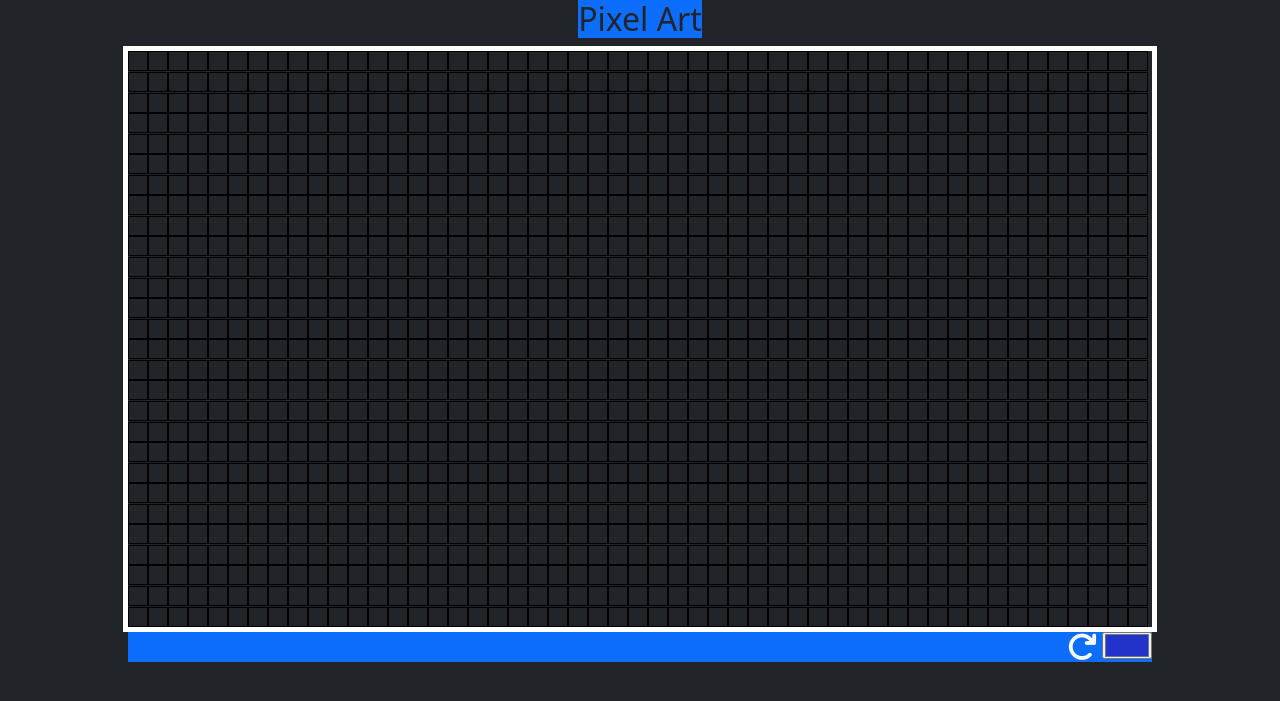
Repository: bechara611/pixelartdb
Page: /
The author's editor kept a copy of each file at every save. The page is drawn from the files as they stood at one save, then again after the next save.
The browser window is 1280 px wide. The pictures show the whole page.
Some web libraries are served in a nearby version. The project was rebuilt for these pictures with package versions that can differ from the ones it lists, and the page was loaded fresh each time. Also part of the build but not shown: vite.config.js.

Above is the page before, as saved 2023-03-07 13:54:10.

### index.html
<!DOCTYPE html>
<html lang="en">
  <head>
    <meta charset="UTF-8" />
    <link rel="icon" type="image/svg+xml" href="/vite.svg" />
    <meta name="viewport" content="width=device-width, initial-scale=1.0" />
    <title>Vite + React</title>

    <link rel="stylesheet" href="https://cdnjs.cloudflare.com/ajax/libs/font-awesome/6.3.0/css/all.min.css">
  </head>
  <body>
    <div id="root"></div>
    <script type="module" src="/src/main.jsx"></script>
  </body>
</html>

### src/main.jsx
import React from 'react'
import ReactDOM from 'react-dom/client'
import App from './App'
import 'bootstrap/dist/css/bootstrap.min.css'
import 'bootstrap/dist/js/bootstrap.bundle.js'

ReactDOM.createRoot(document.getElementById('root')).render(

    <App />

)

### src/App.jsx

import { useEffect, useState } from 'react'
import './App.css'
import { SelectableGroup } from 'react-selectable-fast'
import { Pixel } from './Pixel'

const App = () => {
  const [pixels, setPixels] = useState([])
  const [isSelecting, setIsSelecting] = useState(false)
  const [startIndex, setStartIndex] = useState(null)
  const [colorActual, setcolorActual] = useState('#2233cc')

  useEffect(() => {
    let contenedor = document.getElementById('contenedor')
    let divsAloAlto = Math.floor(contenedor.offsetHeight / 20)
    let divsAlOancho = Math.floor(contenedor.offsetWidth / 20);
    //para saber cuantos divs necesita un contenedor multiplica el numero de divs a lo alto * el numero de divds a lo ancho
    setPixels(Array.from({ length: divsAloAlto * divsAlOancho }, () => { return { active: false, color: colorActual } }))

  }, [])

  const funcionArray = (index) => {
    let nuevoArray = [...pixels]
    nuevoArray[index] = { active: true, color: colorActual }
    setPixels(nuevoArray)
  }

  useEffect(() => {
    //console.log({ pixels })
  }, [pixels])

  const onMouseDown = (index) => {
    setIsSelecting(true);
    setStartIndex(index)
    // console.log('onMouseDown')
  }


  const onMouseOver2 = (index) => {
    if (isSelecting) {
      const pixelsupdated = [...pixels]
      pixelsupdated[index] = { ...pixelsupdated[index], active: true, color: colorActual }

      setPixels(pixelsupdated)

    }
    // console.log('onMouseOver')
  }
  const onMouseUp2 = (index) => {
    setIsSelecting(false)

  }
  return (
    <>
      <div className="bg-dark fondo">
        <div className="col-12 contenedor-05 ">
          <div className="contenedor-mayor header">
            <h2 className='bg-primary'>Pixel Art</h2>

          </div>
        </div>
        <div className="contenedor-mayor ">
          <div className="contorno">
            <div className="contenedor " id='contenedor'>

              {

                pixels.map((a, index) => {
                  return <Pixel key={index}
                    color={a.color}
                    active={a.active}
                    funcion={() => funcionArray(index)}
                    onMouseDown={() => { onMouseDown(index) }}
                    onMouseUp={() => { onMouseUp2(index) }}
                    onMouseOver={() => { onMouseOver2(index) }}
                  ></Pixel>
                })

              }

            </div>
          </div>
        </div>
        <div className="col-12 contenedor-05  ">
          <div className="derecha bg-primary">
          <i className="fa-solid fa-arrow-rotate-right  icono"></i>
            <input type="color" value={colorActual}  onChange={(e) => { setcolorActual(e.target.value) }} />
          </div>
        </div>
      </div>
    </>
  )
}

export default App

### src/App.css
.fondo{
  height: 100vh;

}

.contorno{
  border: 5px solid white;
}

.contenedor-mayor{
  display: flex;
  flex-direction: row;
  justify-content: center;
  justify-self: center;
  align-items: center;

}
.contenedor-mayor2{
  width: 80vw;
  align-self: center;
  display: flex;
  flex-direction: row;
  justify-content: space-between;
}

.contenedor-05{
  display: flex;
  flex-direction: row;
  justify-content: center;
}

.derecha{
  width: 80vw;
  align-self: center;
  display: flex;
  flex-direction: row;
  justify-content: flex-end;
}

.pixel {
  width: 20px;
  height: 20px;
  border: 1px solid rgb(0, 0, 0);

  box-sizing: border-box;

}

.active {
background: transparent;
}

.contenedor {

  display: flex;
  flex-direction: row;
  flex-wrap: wrap;
  width: 80vw;
  height: 80vh;
  max-width: 80vw;
  max-height: 80vh;
}
.icono{
  font-size: 30px;
  color: white;
  margin-right: 5px;
}

### src/Pixel.jsx
import React, { useState } from 'react'
import './App.css'
import {selectableGroup, createSelectable} from 'react-selectable-fast'
export const Pixel = (props) => {
    const [isActive, setisActive] = useState(false)
  return (

 <div className={`pixel ${props.active ? 'active' : ''}`} style={{ background:props.active ? props.color : ''}}
 onClick={()=>{
    setisActive(!isActive)
    props.funcion();
}}
onMouseDown={()=>{props.onMouseDown()}}
onMouseUp={()=>{props.onMouseUp()}}
onTouchEnd={()=>{props.onMouseUp()}}
onMouseOver={()=>{props.onMouseOver()}}
onTouchStart={()=>{{
    props.onMouseDown()
    props.onMouseOver()}}}
 >

 </div>
  )
}

After the next save:
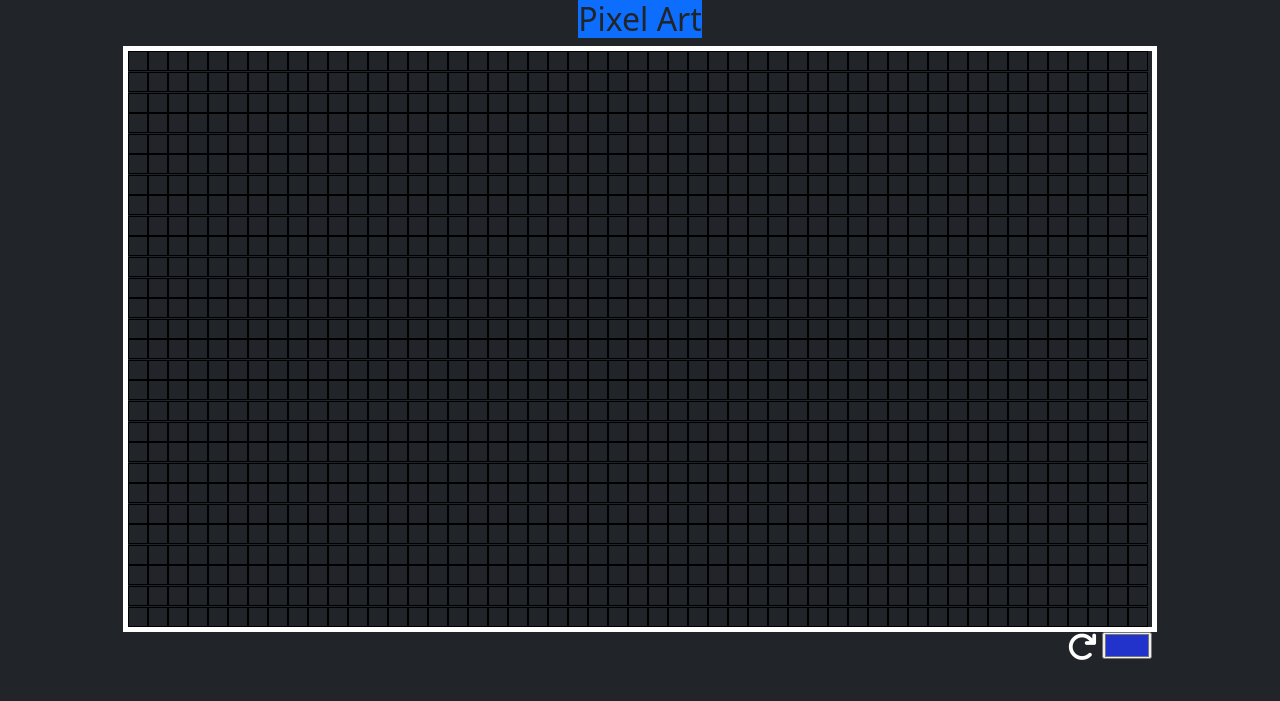
Saved 6 s later.
--- a/src/App.jsx
+++ b/src/App.jsx
@@ -82,7 +82,7 @@ const App = () => {
           </div>
         </div>
         <div className="col-12 contenedor-05  ">
-          <div className="derecha bg-primary">
+          <div className="derecha ">
           <i className="fa-solid fa-arrow-rotate-right  icono"></i>
             <input type="color" value={colorActual}  onChange={(e) => { setcolorActual(e.target.value) }} />
           </div>
